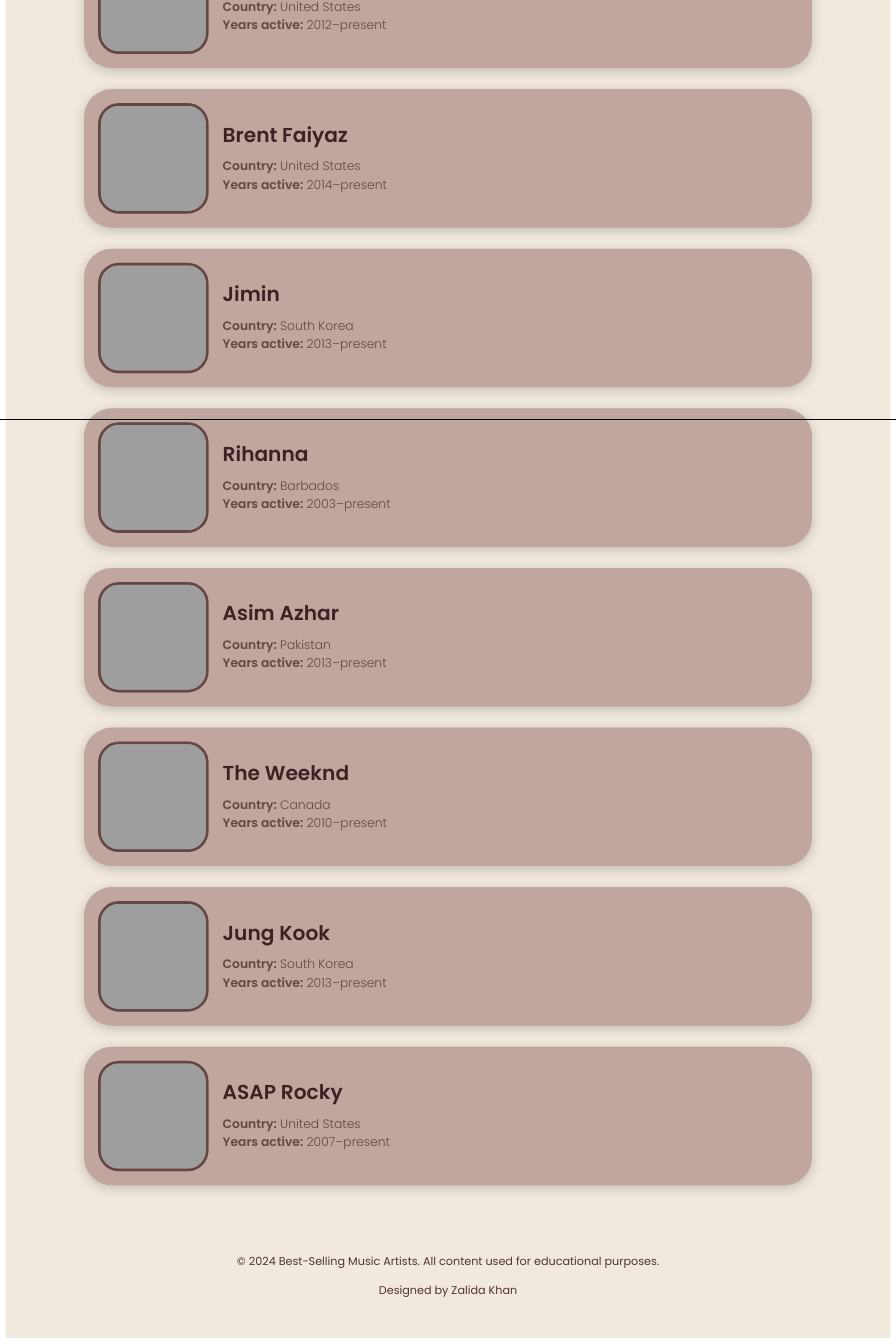
Repository: Zalida-Khan/Frontend-Lab2
Page: /
An editor plug-in stored every save of this project. The page is shown before and after a run of saves, followed by the edit.
The browser window is 1280 px wide. The pictures show the part of the page from y = 2305 to 4225 px (the page is 4225 px tall), at 70% of full size.
Pictures or frames that could not be fetched are drawn as grey boxes. The project was rebuilt for these pictures with package versions that can differ from the ones it lists, and the page was loaded fresh each time. Also part of the build but not shown: vite.config.js.

Above is the page before, as saved 2024-10-04 02:27:30.

After the next 2 saves:
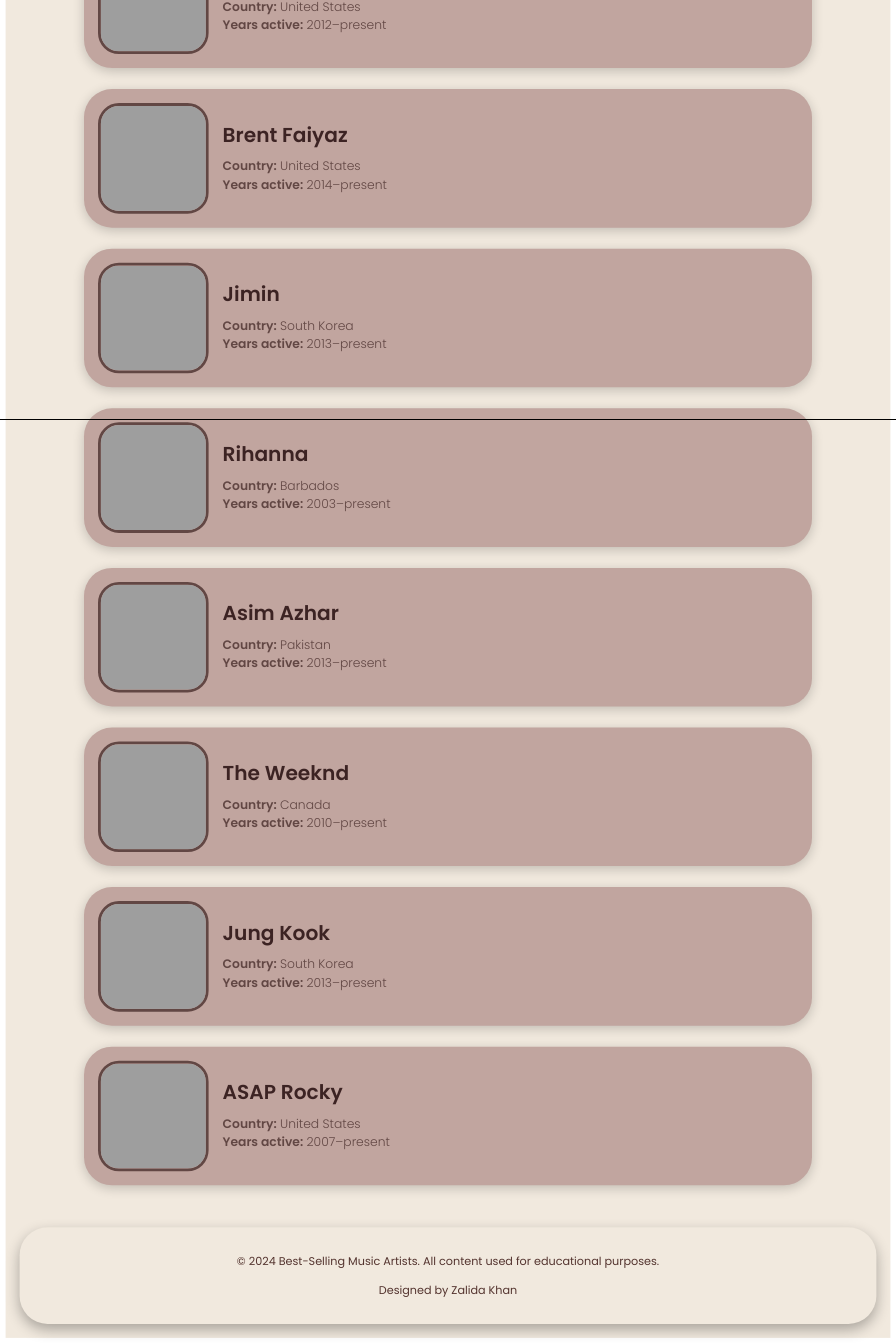
The 2 saves are shown as one change because they came seconds apart.
The last was saved 10 s later.
--- a/src/index.css
+++ b/src/index.css
@@ -86,5 +86,5 @@
     border-radius: 40px;
     margin-top: 30px;
     background-color: rgb(241, 233, 222);
-    box
+    box-shadow: 0 8px 20px rgba(0, 0, 0, 0.3);
 }
